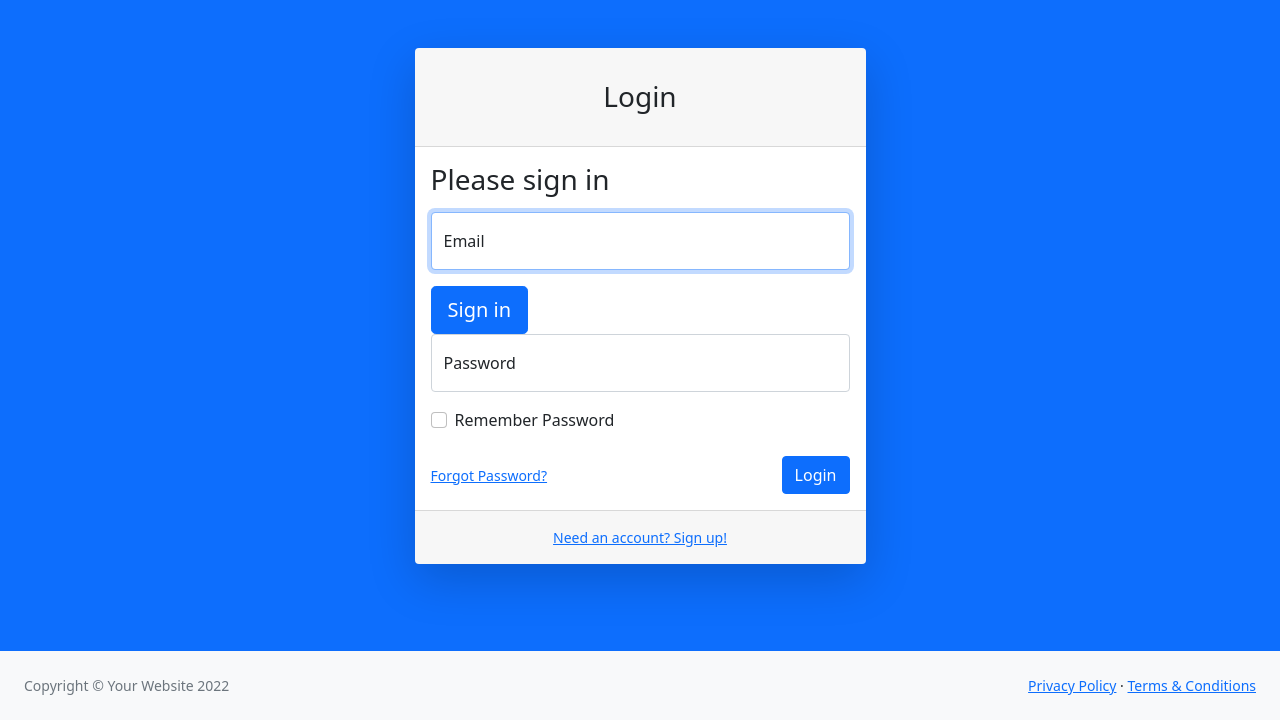
Repository: freddy1212/adulams
Page: templates/login.html.twig
These files come from the project's save history. The page is drawn as it stood at one moment and after a run of saves; the edit follows.
The browser window is 1280 px wide. The pictures show the whole page.
Some web libraries are served in a nearby version. The page is a Twig template of a Symfony application; nobody is signed in and links lead nowhere. The template is opened directly, without the code that normally fills it, so the values that code supplies are empty.

Above is the page before, as saved 2022-08-29 17:57:11.

### templates/login.html.twig
<!DOCTYPE html>
<html lang="en">
    <head>
        <meta charset="utf-8" />
        <meta http-equiv="X-UA-Compatible" content="IE=edge" />
        <meta name="viewport" content="width=device-width, initial-scale=1, shrink-to-fit=no" />
        <meta name="description" content="" />
        <meta name="author" content="" />
        <title>Login - SB Admin</title>
        <link href="{{asset('assets/css/styles.css')}}" rel="stylesheet" />
        <script src="https://use.fontawesome.com/releases/v6.1.0/js/all.js" crossorigin="anonymous"></script>
    </head>
    <body class="bg-primary">
        <div id="layoutAuthentication">
            <div id="layoutAuthentication_content">
                <main>
                    <div class="container">
                        <div class="row justify-content-center">
                            <div class="col-lg-5">
                                <div class="card shadow-lg border-0 rounded-lg mt-5">
                                    <div class="card-header"><h3 class="text-center font-weight-light my-4">Login</h3></div>
                                    <div class="card-body">
                                        {% block body %}
                                            <form method="post">
                                                {% if error %}
                                                    <div class="alert alert-danger">{{ error.messageKey|trans(error.messageData, 'security') }}</div>
                                                {% endif %}

                                                {% if app.user %}
                                                    <div class="mb-3">
                                                        You are logged in as {{ app.user.userIdentifier }}, <a href="{{ path('app_logout') }}">Logout</a>
                                                    </div>
                                                {% endif %}

                                                <h1 class="h3 mb-3 font-weight-normal">
                                                    {% block pageTitle %}
                                                        Please sign in
                                                    {% endblock %}
                                                </h1>
                                                <div class="form-floating mb-3">
                                                    <label for="inputEmail">Email</label>
                                                    <input type="email" value="{{ last_username }}" name="email" id="inputEmail" class="form-control" autocomplete="email" required autofocus>
                                                </div>


                                                <input type="hidden" name="_csrf_token"
                                                       value="{{ csrf_token('authenticate') }}"
                                                >

                                                {#
                                                    Uncomment this section and add a remember_me option below your firewall to activate remember me functionality.
                                                    See https://symfony.com/doc/current/security/remember_me.html

                                                    <div class="checkbox mb-3">
                                                        <label>
                                                            <input type="checkbox" name="_remember_me"> Remember me
                                                        </label>
                                                    </div>
                                                #}

                                                <button class="btn btn-lg btn-primary" type="submit">
                                                    Sign in
                                                </button>
                                            </form>
                                            {% endblock %}
                                        <form>

                                            <div class="form-floating mb-3">
                                                <label for="inputPassword">Password</label>
                                                <input type="password" name="password" id="inputPassword" class="form-control" autocomplete="current-password" required>
                                            </div>
                                            <div class="form-check mb-3">
                                                <input class="form-check-input" id="inputRememberPassword" type="checkbox" value="" />
                                                <label class="form-check-label" for="inputRememberPassword">Remember Password</label>
                                            </div>
                                            <div class="d-flex align-items-center justify-content-between mt-4 mb-0">
                                                <a class="small" href="password.html">Forgot Password?</a>
                                                <a class="btn btn-primary" href="index.html">Login</a>
                                            </div>
                                        </form>
                                    </div>
                                    <div class="card-footer text-center py-3">
                                        <div class="small"><a href="register.html">Need an account? Sign up!</a></div>
                                    </div>
                                </div>
                            </div>
                        </div>
                    </div>
                </main>
            </div>
            <div id="layoutAuthentication_footer">
                <footer class="py-4 bg-light mt-auto">
                    <div class="container-fluid px-4">
                        <div class="d-flex align-items-center justify-content-between small">
                            <div class="text-muted">Copyright &copy; Your Website 2022</div>
                            <div>
                                <a href="#">Privacy Policy</a>
                                &middot;
                                <a href="#">Terms &amp; Conditions</a>
                            </div>
                        </div>
                    </div>
                </footer>
            </div>
        </div>
        <script src="https://cdn.jsdelivr.net/npm/bootstrap@5.1.3/dist/js/bootstrap.bundle.min.js" crossorigin="anonymous"></script>
        <script src="{{asset('assets/js/scripts.js')}}"></script>
    </body>
</html>

### public/assets/js/scripts.js
/*!
    * Start Bootstrap - SB Admin v7.0.5 (https://startbootstrap.com/template/sb-admin)
    * Copyright 2013-2022 Start Bootstrap
    * Licensed under MIT (https://github.com/StartBootstrap/startbootstrap-sb-admin/blob/master/LICENSE)
    */
    //
// Scripts
//

window.addEventListener('DOMContentLoaded', event => {

    // Toggle the side navigation
    const sidebarToggle = document.body.querySelector('#sidebarToggle');
    if (sidebarToggle) {
        // Uncomment Below to persist sidebar toggle between refreshes
        // if (localStorage.getItem('sb|sidebar-toggle') === 'true') {
        //     document.body.classList.toggle('sb-sidenav-toggled');
        // }
        sidebarToggle.addEventListener('click', event => {
            event.preventDefault();
            document.body.classList.toggle('sb-sidenav-toggled');
            localStorage.setItem('sb|sidebar-toggle', document.body.classList.contains('sb-sidenav-toggled'));
        });
    }

});

Loaded but not shown: public/assets/css/styles.css (library)

After the next 2 saves:
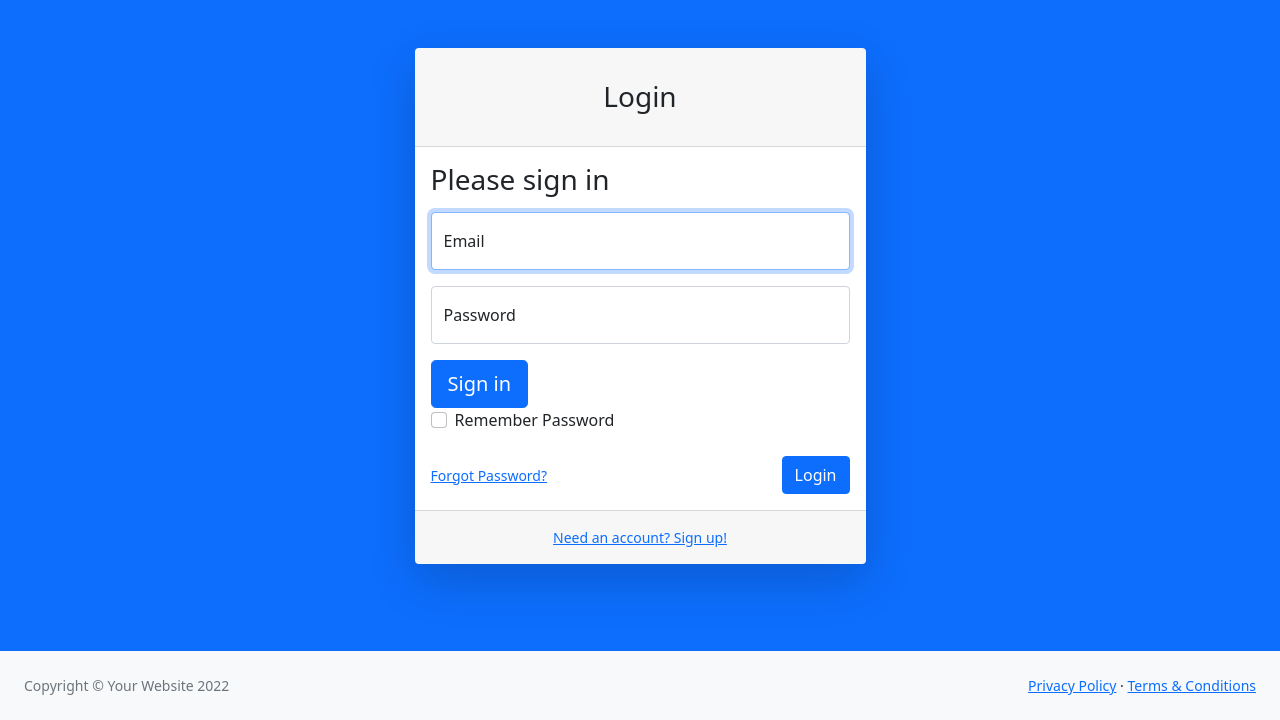
The 2 saves are shown as one change because they came seconds apart.
The last was saved 8 s later.
--- a/templates/login.html.twig
+++ b/templates/login.html.twig
@@ -41,6 +41,10 @@
                                                     <label for="inputEmail">Email</label>
                                                     <input type="email" value="{{ last_username }}" name="email" id="inputEmail" class="form-control" autocomplete="email" required autofocus>
                                                 </div>
+                                                <div class="form-floating mb-3">
+                                                    <label for="inputPassword">Password</label>
+                                                    <input type="password" name="password" id="inputPassword" class="form-control" autocomplete="current-password" required>
+                                                </div>
 
 
                                                 <input type="hidden" name="_csrf_token"
@@ -65,10 +69,7 @@
                                             {% endblock %}
                                         <form>
 
-                                            <div class="form-floating mb-3">
-                                                <label for="inputPassword">Password</label>
-                                                <input type="password" name="password" id="inputPassword" class="form-control" autocomplete="current-password" required>
-                                            </div>
+
                                             <div class="form-check mb-3">
                                                 <input class="form-check-input" id="inputRememberPassword" type="checkbox" value="" />
                                                 <label class="form-check-label" for="inputRememberPassword">Remember Password</label>
